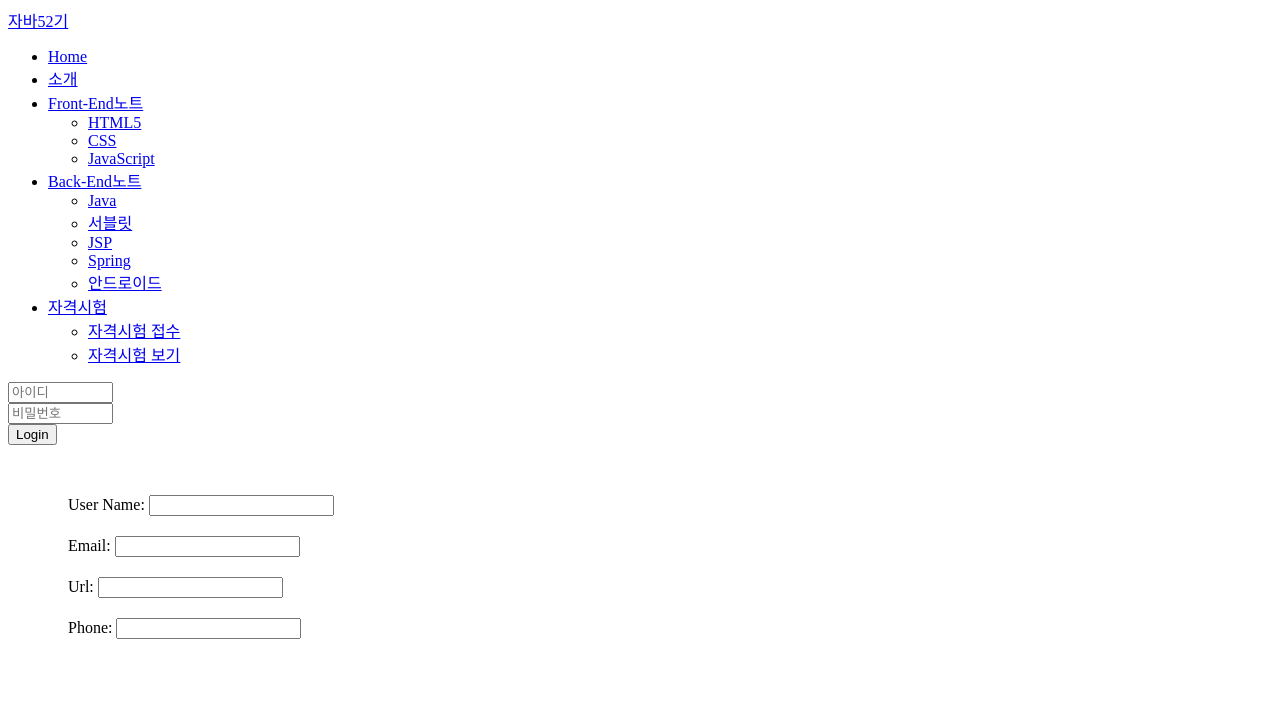
Repository: rightsecond3/java52
Page: http://localhost/dev_jsp/onLineTest/top.jsp
An editor plug-in stored every save of this project. The page is shown before and after the next save, followed by the edit.
The browser window is 1280 px wide. The pictures show the whole page.
The page is served by Tomcat 9. Other server files are loaded and not shown.

Above is the page before, as saved 2019-07-23 01:42:29.
Console error: ReferenceError: $ is not defined

### workspace_jsp/dev_jsp/WebContent/onLineTest/top.jsp
<%@ page language="java" contentType="text/html; charset=UTF-8"
	pageEncoding="UTF-8"%>
<!DOCTYPE html>
<html>
<head>
<meta charset="UTF-8">
<title>Insert title here</title>
	<script type="text/javascript">
		$(document).ready(function(){
			$("#p_testtake").panel({
				closed : true
			});
			function panelOpen() {
				$("#p_testtake").panel({
					closed : false
				});
			}
		});
	</script>
</head>
<body>
	<nav class="navbar navbar-inverse">
		<div class="container-fluid">
			<div class="navbar-header">
				<a class="navbar-brand" href="#">자바52기</a>
			</div>
			<ul class="nav navbar-nav">
				<li class="active"><a href="#">Home</a></li>
				<li><a href="#">소개</a></li>
				<li class="dropdown">
					<a class="dropdown-toggle"
					data-toggle="dropdown" href="#">Front-End노트<span class="caret"></span></a>
					<ul class="dropdown-menu">
						<li><a href="#">HTML5</a></li>
						<li><a href="#">CSS</a></li>
						<li><a href="#">JavaScript</a></li>
					</ul>
				</li>
				<li class="dropdown">
					<a class="dropdown-toggle"
					data-toggle="dropdown" href="#">Back-End노트<span class="caret"></span></a>
					<ul class="dropdown-menu">
						<li><a href="#">Java</a></li>
						<li><a href="#">서블릿</a></li>
						<li><a href="#">JSP</a></li>
						<li><a href="#">Spring</a></li>
						<li><a href="#">안드로이드</a></li>
					</ul>
				</li>
				<!-- =========================== 온라인 시험 솔루션 실습 - 자격시험메뉴추가 =====================-->
				<li class="dropdown">
					<a class="dropdown-toggle"
					data-toggle="dropdown" href="#">자격시험<span class="caret"></span></a>
					<ul class="dropdown-menu">
						<li><a href="#">자격시험 접수</a></li>
						<li><a href="#">자격시험 보기</a></li>
					</ul>
				</li>
			</ul>
			<div id="loginForm" class="nav navbar-nav navbar-right">
				<form class="navbar-form navbar-right" action="/action_page.php">
					<div class="form-group">
						<input type="text" class="form-control" id="usrname" size="10"
							placeholder="아이디">
					</div>
					<div class="form-group">
						<input type="text" class="form-control" id="psw" size="10"
							placeholder="비밀번호">
					</div>
					<button type="button" class="btn btn-dark" onclick="loginAction()">Login</button>
				</form>
			</div>
		</div>
	</nav>
    <!-- 자격시험보기 패널 -->
    <div style="margin:20px 0;"></div>
    <div class="easyui-panel" id= "p_testtake" title="Register" style="width:100%;max-width:400px;padding:30px 60px;">
        <div style="margin-bottom:20px">
            <label for="username" class="label-top">User Name:</label>
            <input id="username" class="easyui-validatebox tb" data-options="required:true,validType:'length[3,10]'">
        </div>
        <div style="margin-bottom:20px">
            <label for="email" class="label-top">Email:</label>
            <input id="email" class="easyui-validatebox tb" data-options="required:true,validType:'email'">
        </div>
        <div style="margin-bottom:20px">
            <label for="url" class="label-top">Url:</label>
            <input id="url" class="easyui-validatebox tb" data-options="required:true,validType:'url'">
        </div>
        <div style="margin-bottom:20px">
            <label for="phone" class="label-top">Phone:</label>
            <input id="phone" class="easyui-validatebox tb" data-options="required:true">
        </div>
    </div>
</body>
</html>

After the next save:
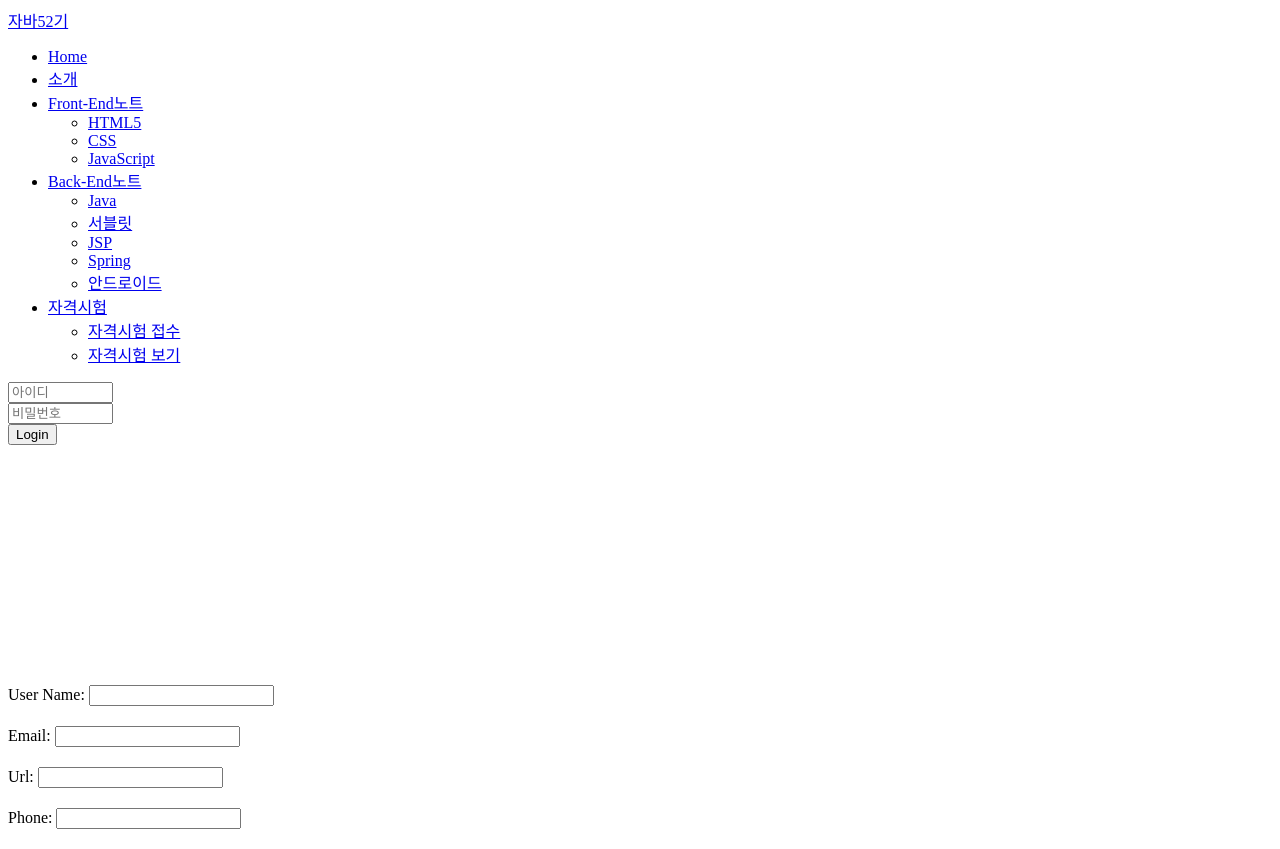
Saved 3 min 17 s later.
--- a/workspace_jsp/dev_jsp/WebContent/onLineTest/top.jsp
+++ b/workspace_jsp/dev_jsp/WebContent/onLineTest/top.jsp
@@ -74,7 +74,8 @@
 	</nav>
     <!-- 자격시험보기 패널 -->
     <div style="margin:20px 0;"></div>
-    <div class="easyui-panel" id= "p_testtake" title="Register" style="width:100%;max-width:400px;padding:30px 60px;">
+        <div id="dlg_testtake" class="easyui-dialog" title="Test Take" style="width:400px;height:200px;padding:10px">
+    	</div>
         <div style="margin-bottom:20px">
             <label for="username" class="label-top">User Name:</label>
             <input id="username" class="easyui-validatebox tb" data-options="required:true,validType:'length[3,10]'">
